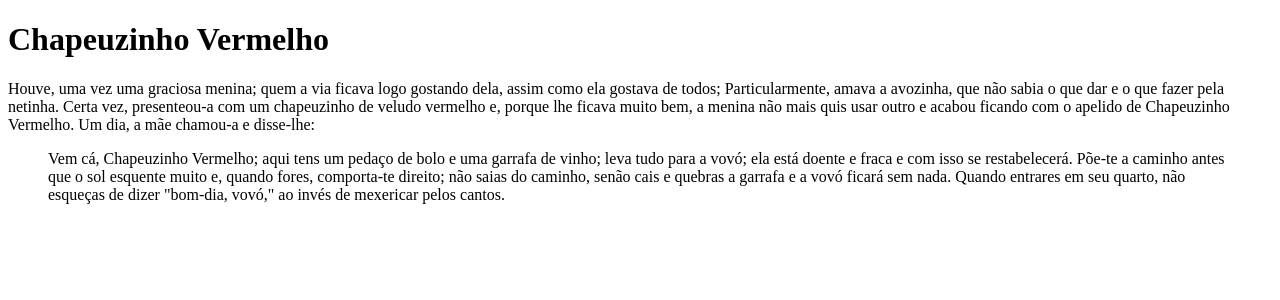
Repository: lucas-nasc/Formulario-Gen
Page: index1.html
An editor plug-in stored every save of this project. The page is shown before and after the next save, followed by the edit.
The browser window is 1280 px wide. The pictures show the whole page.

Above is the page before, as saved 2023-09-26 09:22:26.

After the next save:
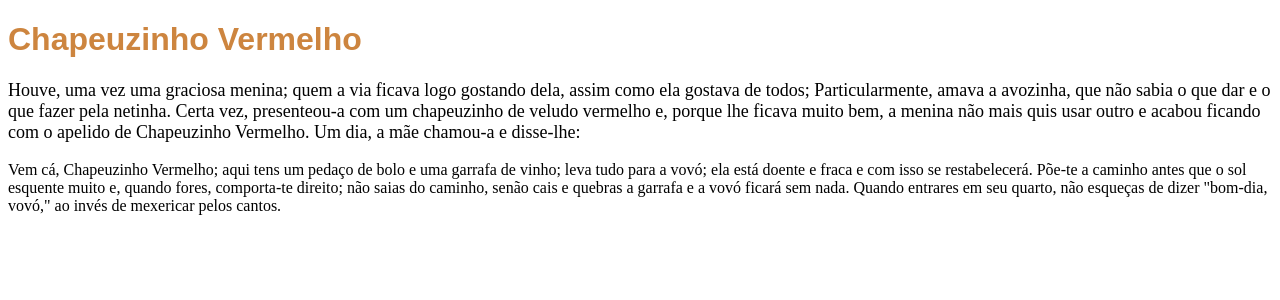
Saved 6 min 4 s later.
--- a/index1.html
+++ b/index1.html
@@ -4,6 +4,7 @@
     <meta charset="UTF-8">
     <meta name="viewport" content="width=device-width, initial-scale=1.0">
     <title>Utilizando CSS</title>
+    <link rel="stylesheet" href="estilo.css">
 </head>
 <body>
     <h1>Chapeuzinho Vermelho</h1>

After the save that followed:
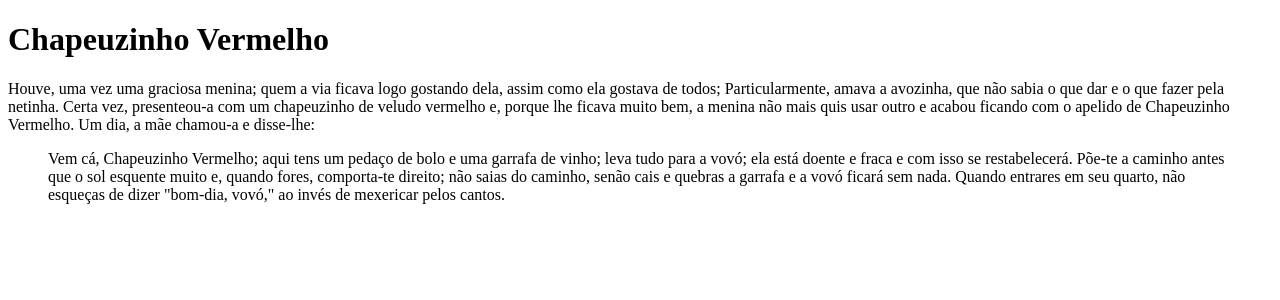
Saved 10 s later.
--- a/index1.html
+++ b/index1.html
@@ -4,7 +4,7 @@
     <meta charset="UTF-8">
     <meta name="viewport" content="width=device-width, initial-scale=1.0">
     <title>Utilizando CSS</title>
-    <link rel="stylesheet" href="estilo.css">
+
 </head>
 <body>
     <h1>Chapeuzinho Vermelho</h1>
